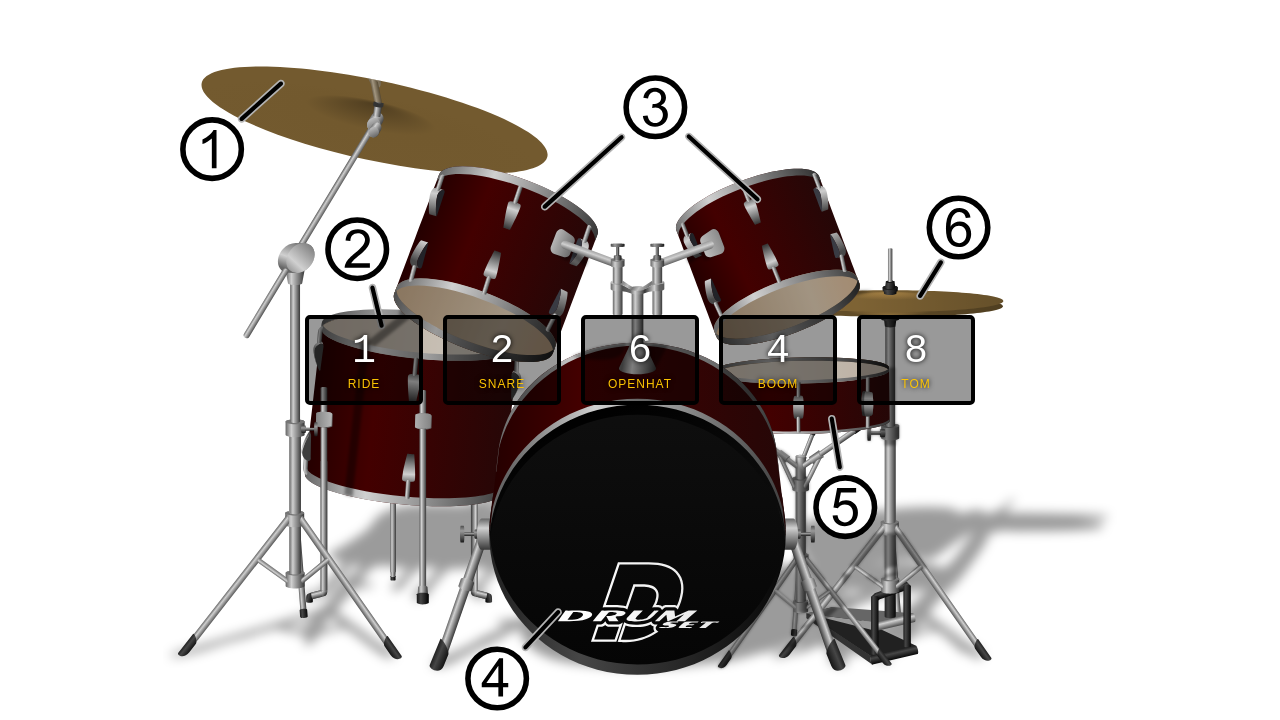
Repository: polishchuk404/drum-kit
Page: index.html
An editor plug-in stored every save of this project. The page is shown before and after the next save, followed by the edit.
The browser window is 1280 px wide. The pictures show the whole page.

Above is the page before, as saved 2020-10-12 13:53:38.

After the next save:
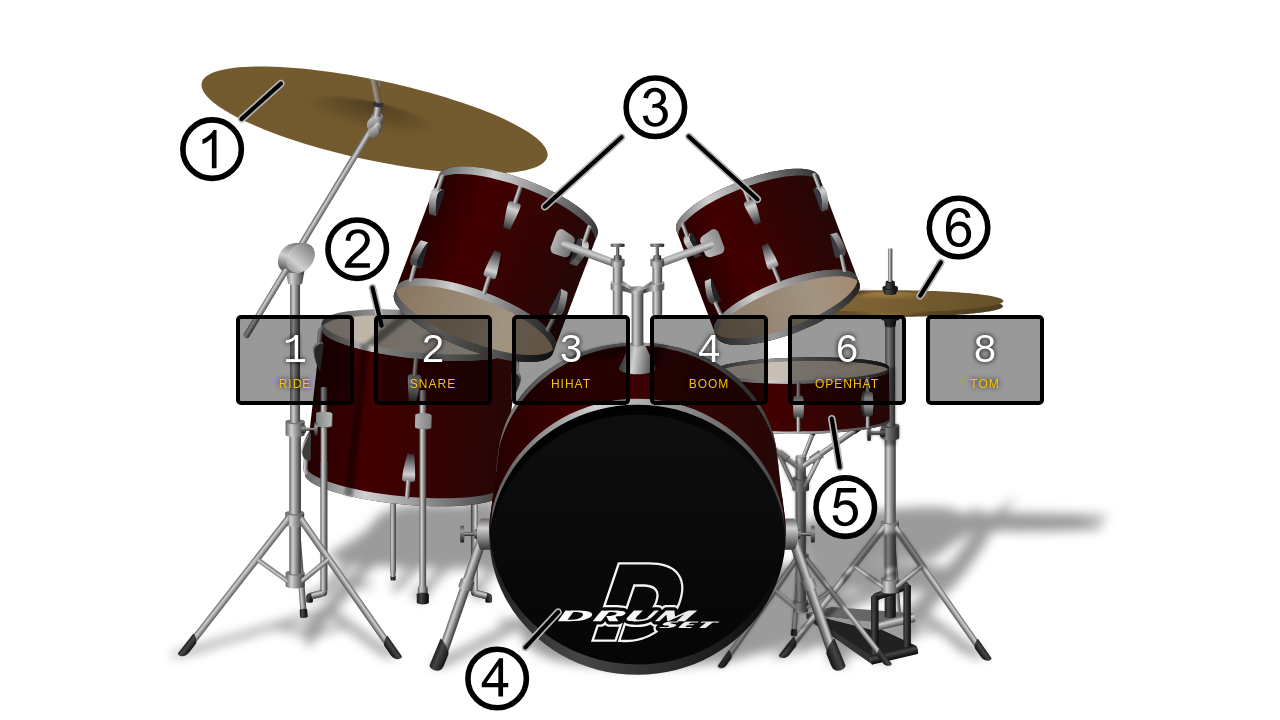
Saved 59 s later.
--- a/index.html
+++ b/index.html
@@ -9,14 +9,6 @@
 
 
   <div class="keys">
-    <!-- <div data-key="97" class="key">
-      <kbd>1</kbd>
-      <span class="sound">clap</span>
-    </div> -->
-    <!-- <div data-key="97" class="key">
-      <kbd>1</kbd>
-      <span class="sound">hihat</span>
-    </div> -->
     <div data-key="97" class="key">
       <kbd>1</kbd>
       <span class="sound">ride</span>
@@ -25,14 +17,19 @@
       <kbd>2</kbd>
       <span class="sound">snare</span>
     </div>
-    <div data-key="102" class="key">
-      <kbd>6</kbd>
-      <span class="sound">openhat</span>
+    <div data-key="99" class="key">
+      <kbd>3</kbd>
+      <span class="sound">hihat</span>
     </div>
     <div data-key="100" class="key">
       <kbd>4</kbd>
       <span class="sound">boom</span>
     </div>
+    <div data-key="102" class="key">
+      <kbd>6</kbd>
+      <span class="sound">openhat</span>
+    </div>
+
 
 
     <div data-key="104" class="key">
@@ -42,7 +39,7 @@
   </div>
 
   <!-- <audio data-key="97" src="./sounds/clap.wav"></audio> -->
-  <!-- <audio data-key="97" src="./sounds/hihat.wav"></audio> -->
+  <audio data-key="99" src="./sounds/hihat.wav"></audio>
   <audio data-key="102" src="./sounds/openhat.wav"></audio>
   <audio data-key="100" src="./sounds/boom.wav"></audio>
   <audio data-key="97" src="./sounds/ride.wav"></audio>
